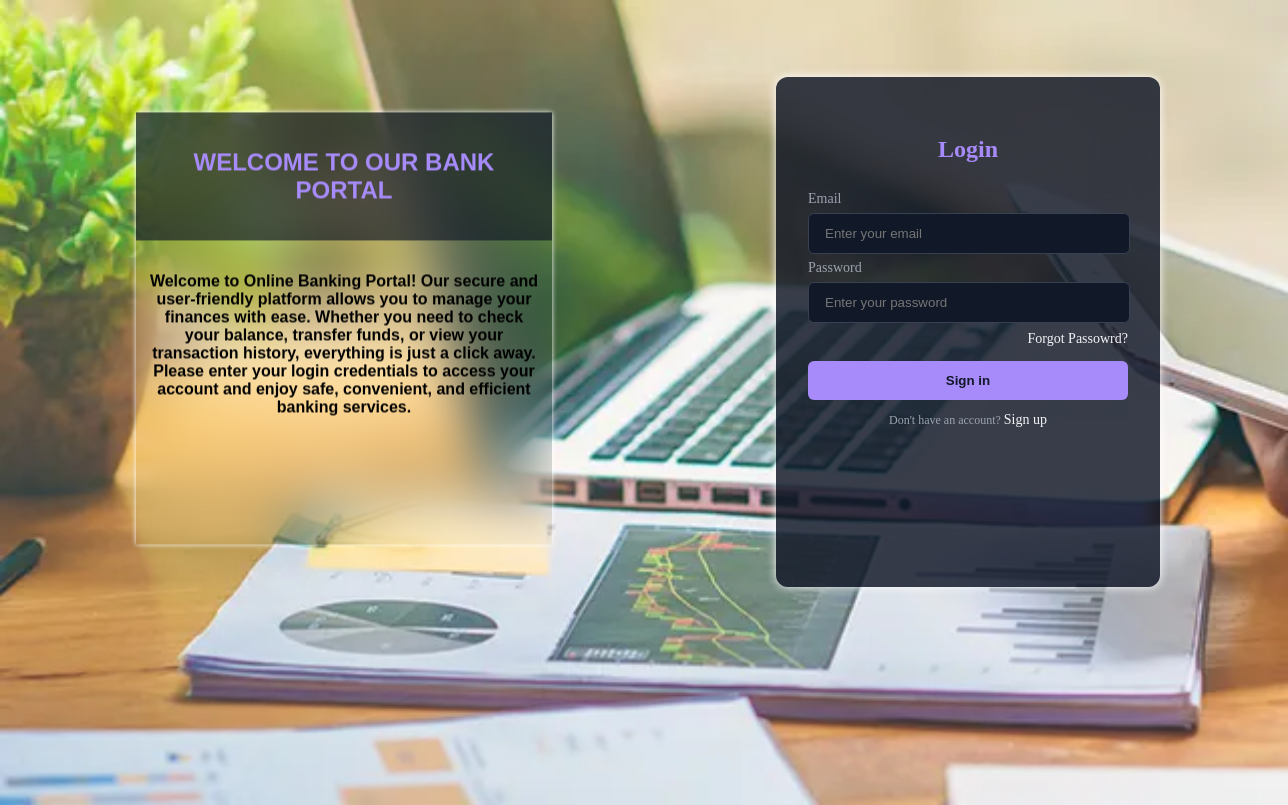
Repository: PeruriNaresh/Bank_Project
Page: http://localhost/bank_project/
An editor plug-in stored every save of this project. The page is shown before and after the next save, followed by the edit.
The browser window is 1280 px wide. The page is 1288 px wide, so the pictures cover 1288 px, including what lies to the right of the window. The pictures show the whole page.
The page is served by Tomcat 9. Other server files are loaded and not shown.

Above is the page before, as saved 2024-10-27 08:07:54.

### bank_project/src/main/webapp/index.jsp
<%@ page language="java" contentType="text/html; charset=UTF-8"
    pageEncoding="UTF-8"%>
<!DOCTYPE html>
<head>
    <meta charset="UTF-8">
    <meta name="viewport" content="width=device-width, initial-scale=1.0">
    <Style>
        body
        {
            width: 100%;
            height: 100vh;
            overflow: hidden;
            position: relative;
            background-image: url(./bank.jpg);
            background-size: cover;
        }
        .form-container{
        width: 25vw;
        height: 62vh;
        border-radius: 0.75rem;
        background-color: rgba(17, 24, 39, 0.829);
        position: relative;
        padding: 2rem;
        color: rgba(243, 244, 246, 1);
        margin: 6% 60%;
        box-shadow: 0px 0px 10px white;
        }
        .title {
        text-align: center;
        color:  rgba(167, 139, 250, 1);
        font-size: 1.5rem;
        line-height: 2rem;
        font-weight: 700;
        }

        .form {
        margin-top: 1.5rem;
        }

        .input-group {
        margin-top: 0.25rem;
        font-size: 0.875rem;
        line-height: 1.25rem;
        }

        .input-group label {
        display: block;
        color: rgba(156, 163, 175, 1);
        margin-bottom: 4px;
        }

        .input-group input {
        width: 90%;
        border-radius: 0.375rem;
        border: 1px solid rgba(55, 65, 81, 1);
        outline: 0;
        background-color: rgba(17, 24, 39, 1);
        padding: 0.75rem 1rem;
        color: rgba(243, 244, 246, 1);
        }

        .input-group input:focus {
        border-color: rgba(167, 139, 250);
        }

        .forgot {
        display: flex;
        justify-content: flex-end;
        font-size: 0.75rem;
        line-height: 1rem;
        color: rgba(156, 163, 175,1);
        margin: 8px 0 14px 0;
        }

        .forgot a,.signup a {
        color: rgba(243, 244, 246, 1);
        text-decoration: none;
        font-size: 14px;
        }

        .forgot a:hover, .signup a:hover {
        text-decoration: underline rgba(167, 139, 250, 1);
        }

        .sign {
        display: block;
        width: 100%;
        background-color: rgba(167, 139, 250, 1);
        padding: 0.75rem;
        text-align: center;
        color: rgba(17, 24, 39, 1);
        border: none;
        border-radius: 0.375rem;
        font-weight: 600;
        }

        .social-message {
        display: flex;
        align-items: center;
        padding-top: 1rem;
        }

        .line {
        height: 1px;
        flex: 1 1 0%;
        background-color: rgba(55, 65, 81, 1);
        }

        .social-message .message {
        padding-left: 0.75rem;
        padding-right: 0.75rem;
        font-size: 0.875rem;
        line-height: 1.25rem;
        color: rgba(156, 163, 175, 1);
        }

        .social-icons {
        display: flex;
        justify-content: center;
        }

        .social-icons .icon {
        border-radius: 0.125rem;
        padding: 0.75rem;
        border: none;
        background-color: transparent;
        margin-left: 8px;
        }

        .social-icons .icon svg {
        height: 1.25rem;
        width: 1.25rem;
        fill: #fff;
        }

        .signup {
        text-align: center;
        font-size: 0.75rem;
        line-height: 1rem;
        color: rgba(156, 163, 175, 1);
        }
        #left
        {
            height: 100vh;
            width: 65%;
            position: absolute;
            transform: translateY(-13vh);
            text-align: center;
            font-family: Arial, Helvetica, sans-serif;
        }
        #left div
        {
            width: 50%;
            height: 60%;
            margin-left: 10vw;
            margin-top: 18vh;
            backdrop-filter: blur(25px);
            box-shadow: 0px 0px 5px white;
        }
        #left div>h2
        {
            padding: 5vh;
            background-color: rgba(17, 24, 39, 0.674);
            color:  rgba(167, 139, 250, 1);
        }
        #left div>h4
        {
            padding: 10px;
            color:  black;
        }
    </Style>
    <title>Login</title>
    <script type="text/javascript">
        function preventBack() {
            window.history.forward();
        }

        setTimeout("preventBack()", 0);

        window.onunload = function () { null };
    </script>
</head>
<body>
	<div id="left">
        <div>
            <h2>WELCOME TO OUR BANK PORTAL</h2>
            <h4>Welcome to Online Banking Portal! Our secure and user-friendly platform allows you to manage your finances with ease. Whether you need to check your balance, transfer funds, or view your transaction history, everything is just a click away. Please enter your login credentials to access your account and enjoy safe, convenient, and efficient banking services.</h4>
        </div>
    </div>
    <div class="form-container">
        <p class="title">Login</p>
        <form class="form" action="signin" method="post">
            <div class="input-group">
                <label for="username">Email</label>
                <input type="text" name="email" id="username" placeholder="Enter your email" required>
            </div>
            <div class="input-group">
                <label for="password">Password</label>
                <input type="password" name="password" id="password" placeholder="Enter your password" required>
                <div class="forgot">
                    <a rel="noopener noreferrer" class="link" href="forgotpassword.jsp">Forgot Passowrd?</a>
                </div>
            </div>

            <% String msg=(String)request.getAttribute("msg");
                if(msg!=null)
                {
                	out.println("<p>"+msg+"</p>");
                }%>
            <button class="sign">Sign in</button>
        </form>
        <p class="signup">Don't have an account?
            <a rel="noopener noreferrer" href="register.jsp" class="link">Sign up</a>
        </p>
    </div>
</body>
</html>

After the next save:
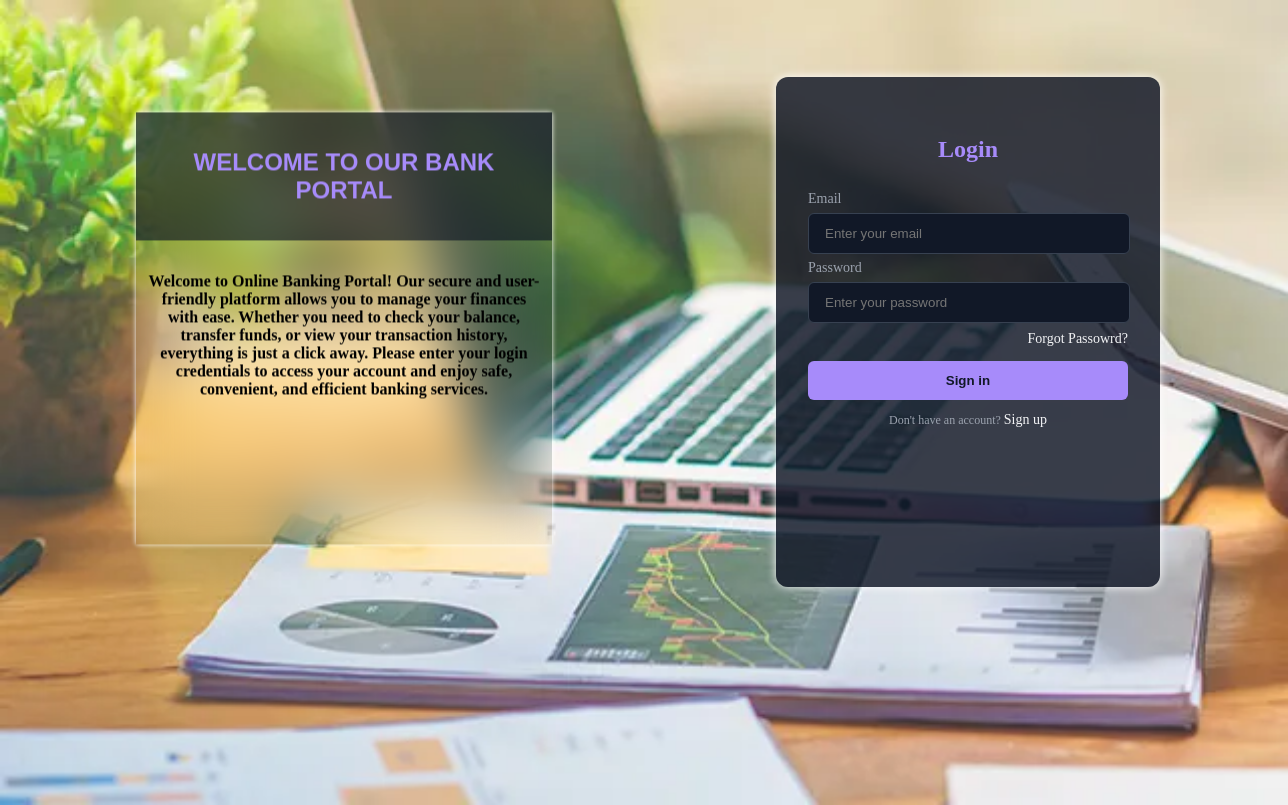
Saved 2 min 47 s later.
--- a/bank_project/src/main/webapp/index.jsp
+++ b/bank_project/src/main/webapp/index.jsp
@@ -167,6 +167,7 @@
         {
             padding: 10px;
             color:  black;
+            font-family: 'Times New Roman', Times, serif;
         }
     </Style>
     <title>Login</title>
